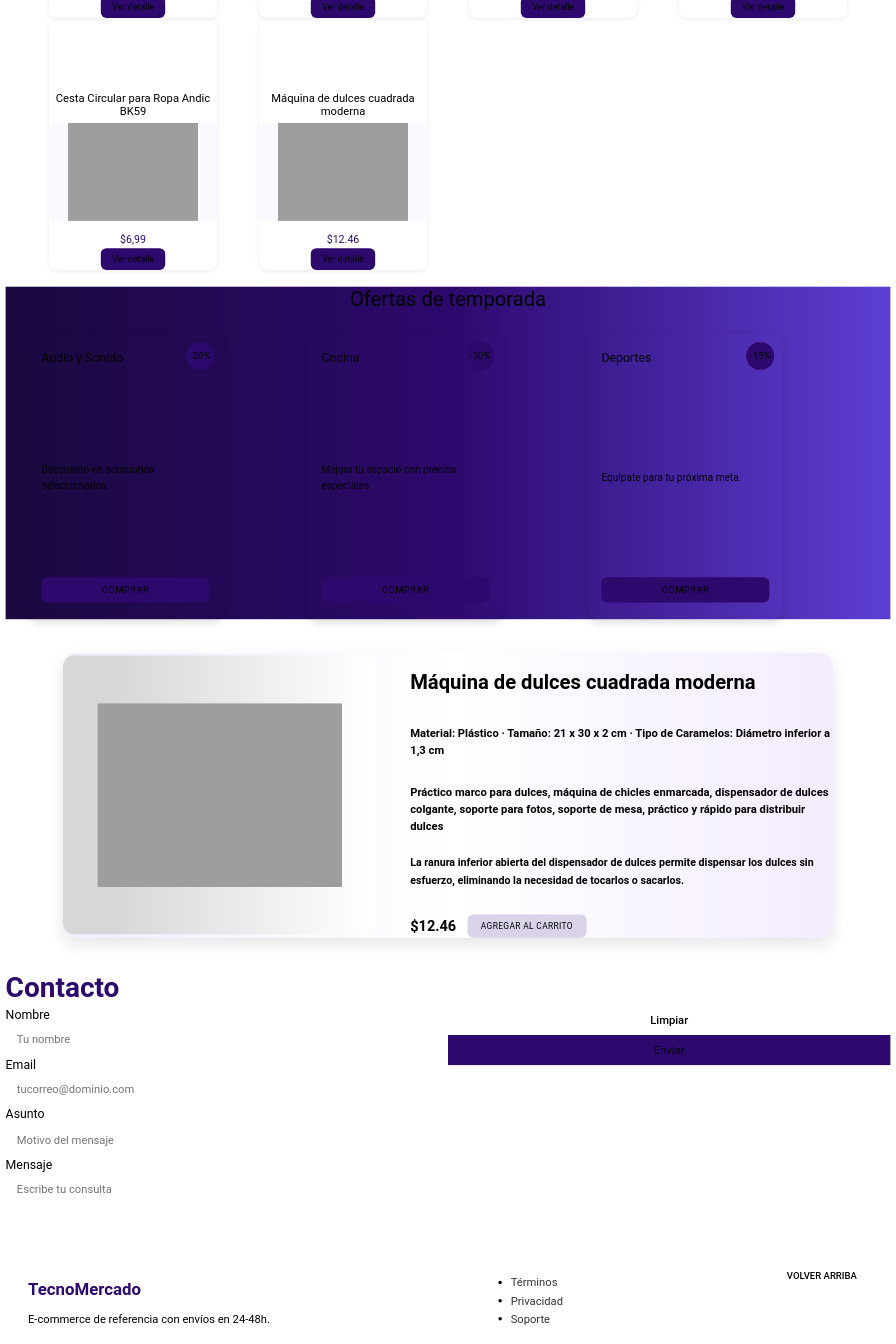
Repository: aryacarpavila/lab02_web
Page: index.html
The author's editor kept a copy of each file at every save. The page is drawn from the files as they stood at one save, then again after the next save.
The browser window is 1280 px wide. The pictures show the part of the page from y = 842 to 2762 px (the page is 2762 px tall), at 70% of full size.
Pictures or frames that could not be fetched are drawn as grey boxes.

Above is the page before, as saved 2025-11-12 08:45:59.

After the next save:
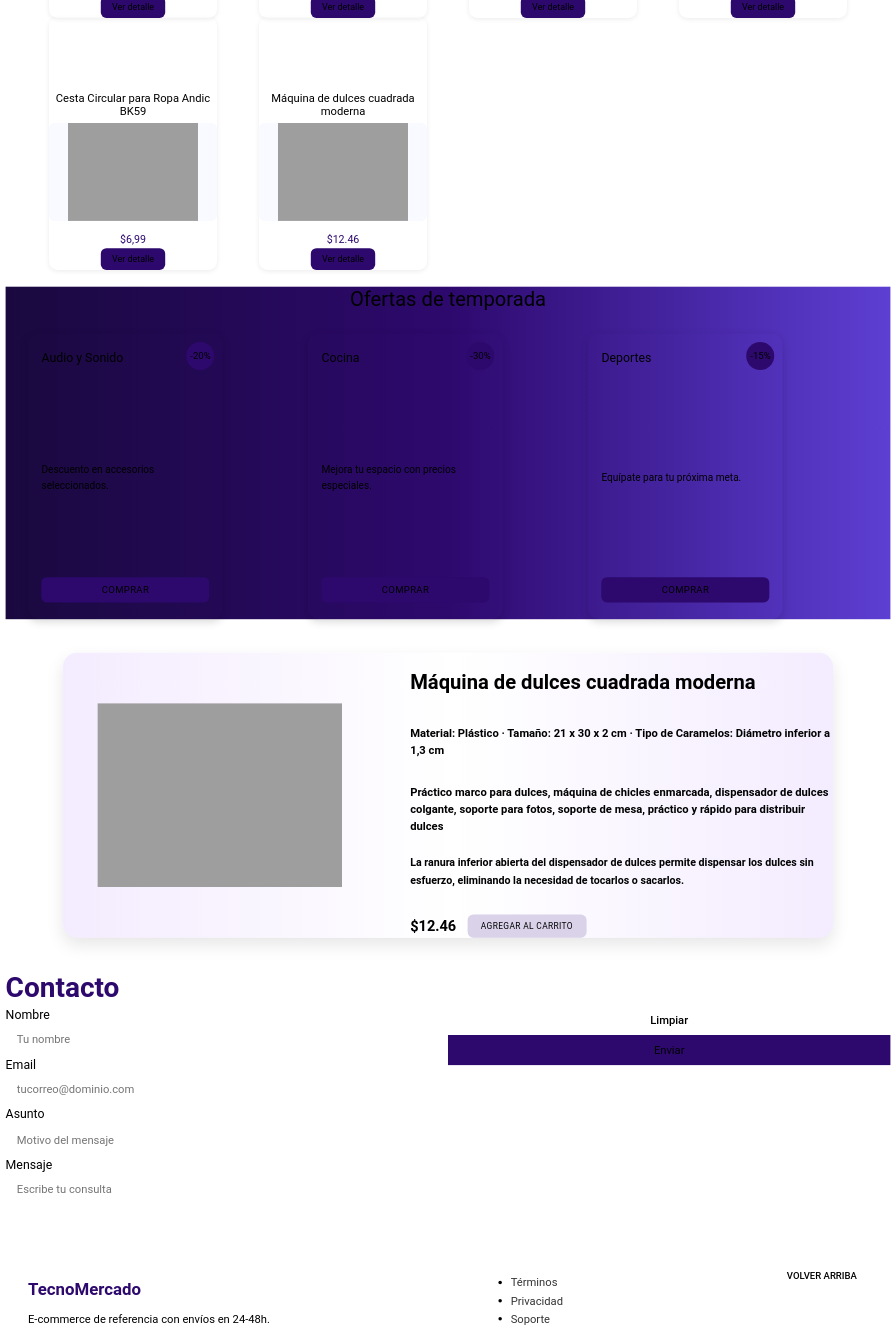
Saved 25 s later.
--- a/assets/css/components.css
+++ b/assets/css/components.css
@@ -204,7 +204,7 @@ article button:hover {
   display: flex;
   justify-content: center;
   align-items: center;
-  background: linear-gradient(90deg,rgba(215, 215, 217, 1) 16%, rgba(255, 255, 255, 1) 98%);;
+  background: var(--color-white);
   border-radius: 16px;
   padding: 1.5rem;
 }
